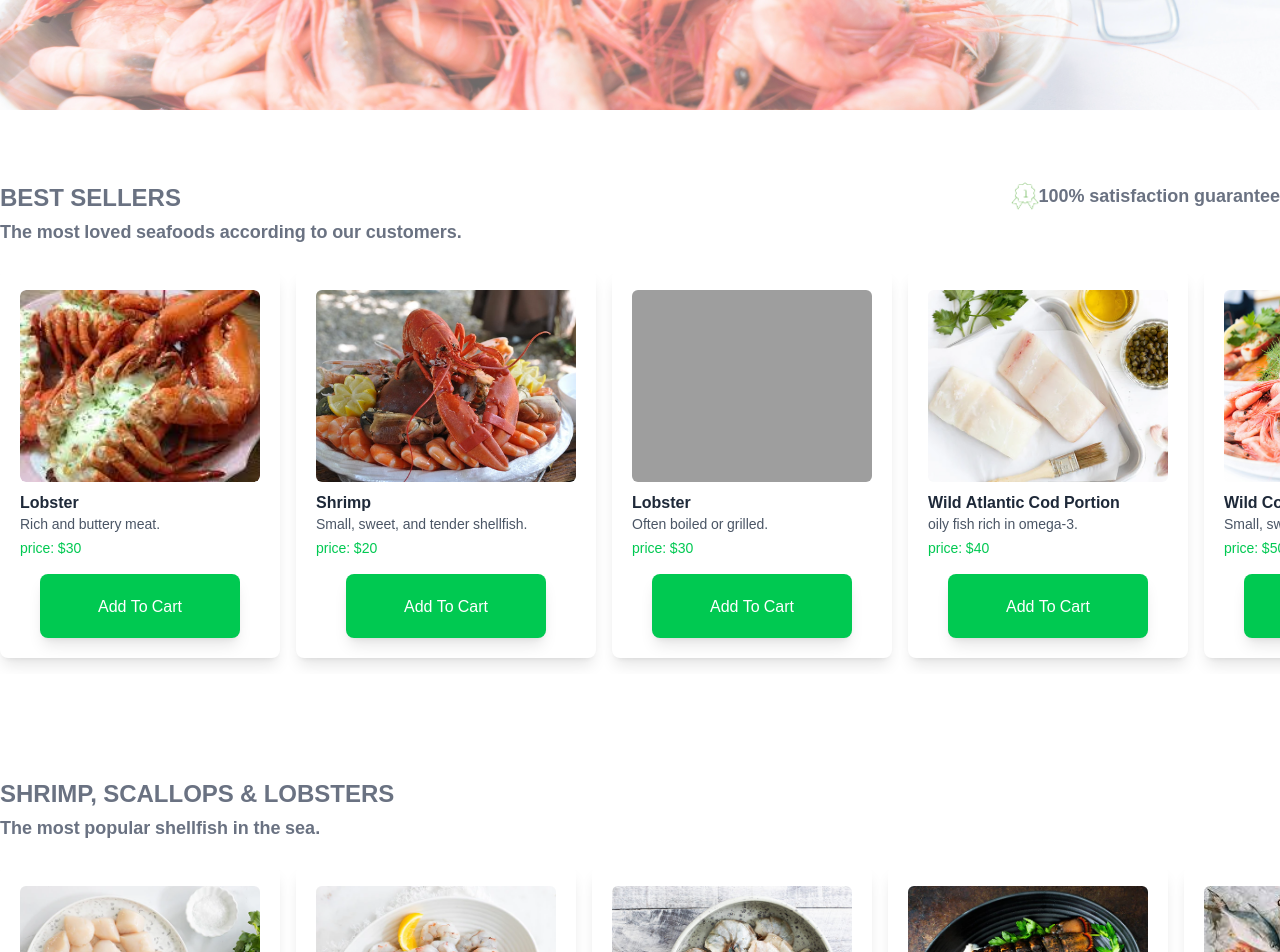
Repository: KongRucifer/SeaFood-Shop
Page: /modules/home/views
An editor plug-in stored every save of this project. The page is shown before and after the next save, followed by the edit.
The browser window is 1280 px wide. The pictures show the part of the page from y = 410 to 1362 px (the page is 3300 px tall).
Pictures or frames that could not be fetched are drawn as grey boxes. The project was rebuilt for these pictures with package versions that can differ from the ones it lists, and the page was loaded fresh each time. The framework's server and built-in components were replaced by stand-ins that run in the browser. Also part of the build but not shown: next.config.ts.

Above is the page before, as saved 2025-06-25 20:39:11.

After the next save:
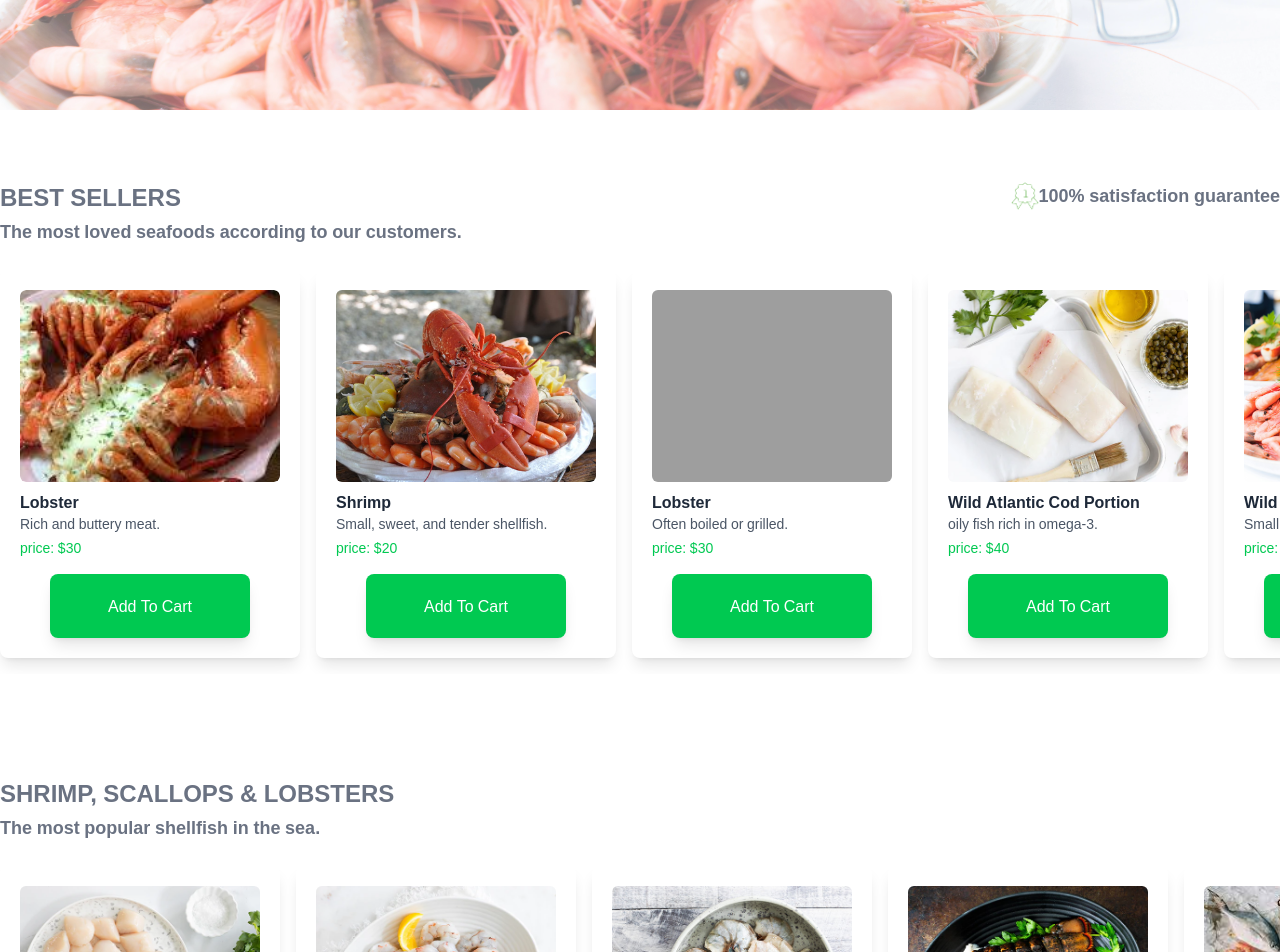
Saved 5 s later.
--- a/src/app/modules/home/components/Best_Sellers.component.tsx
+++ b/src/app/modules/home/components/Best_Sellers.component.tsx
@@ -20,7 +20,7 @@ export default async function Best_Sellers() {
       </div>
       <div className="flex overflow-x-auto space-x-4 pb-4">
         {/* Card 1 */}
-        <div className="w-70 flex-shrink-0 bg-white rounded-lg shadow-lg p-5 transform transition duration-300 hover:scale-105">
+        <div className="w-75 flex-shrink-0 bg-white rounded-lg shadow-lg p-5 transform transition duration-300 hover:scale-105">
           <div className="overflow-hidden rounded-md">
             <img
               src="/images/kabpum.jpeg"
